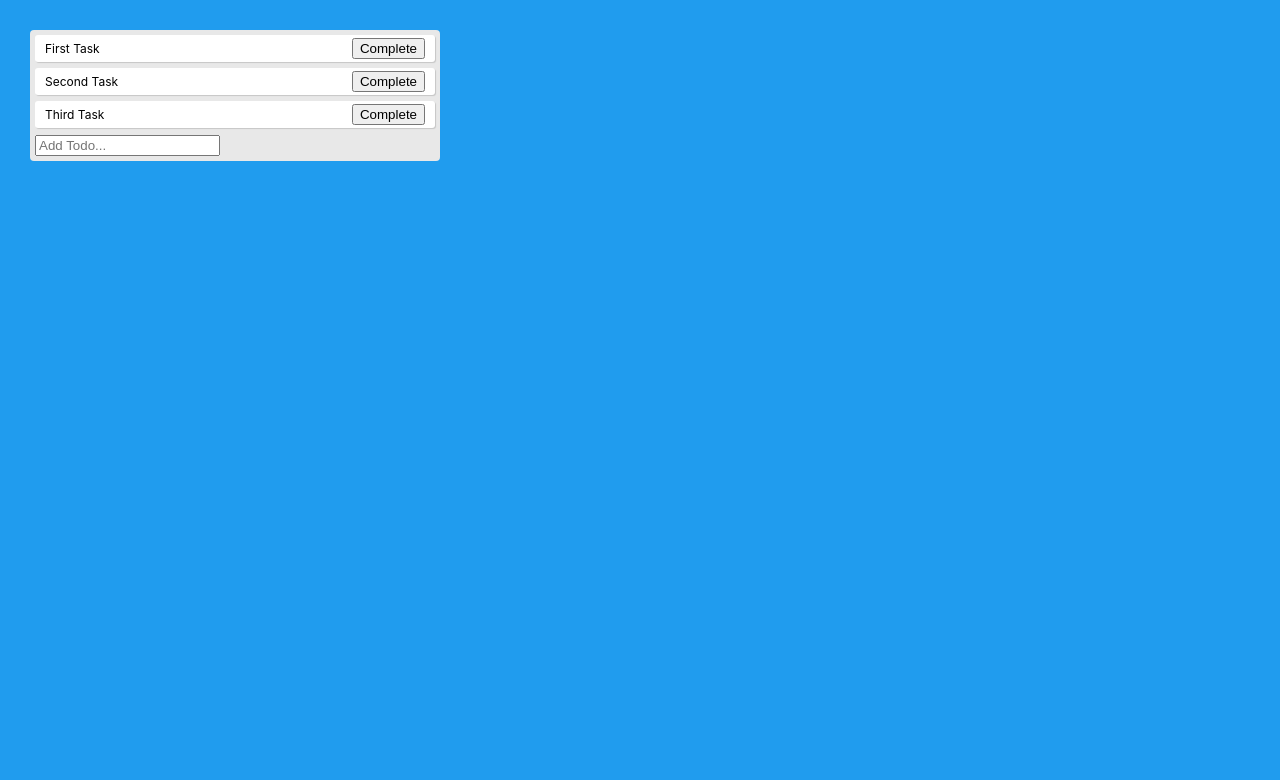
Repository: raphaelconstantino/todo-instances
Page: /
An editor plug-in stored every save of this project. The page is shown before and after the next save, followed by the edit.
The browser window is 1280 px wide. The pictures show the whole page.
The project was rebuilt for these pictures with package versions that can differ from the ones it lists, and the page was loaded fresh each time.

Above is the page before, as saved 2019-10-01 21:19:13.

After the next save:
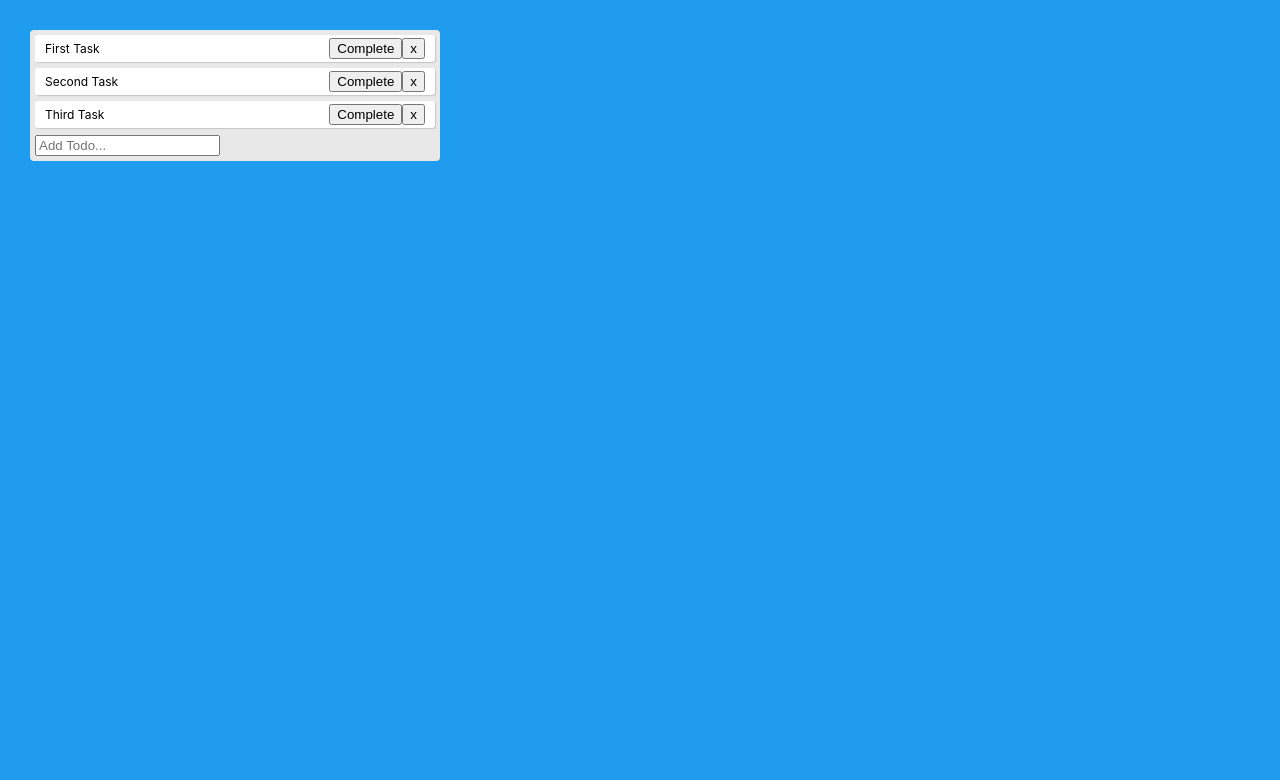
Saved 72 s later.
--- a/src/App.js
+++ b/src/App.js
@@ -1,12 +1,13 @@
 import React, { useState } from 'react';
 import './App.css'
 
-function Todo({ todo, index, completeTodo }) {
+function Todo({ todo, index, completeTodo, deleteTodo }) {
   return (
     <div style={{ textDecoration: todo.isCompleted ? 'line-through' : '' }} className="todo">
       {todo.text}
       <div>
         <button onClick={() => completeTodo(index)}>Complete</button>
+        <button onClick={() => deleteTodo(index)}>x</button>
       </div>
     </div>
   )
